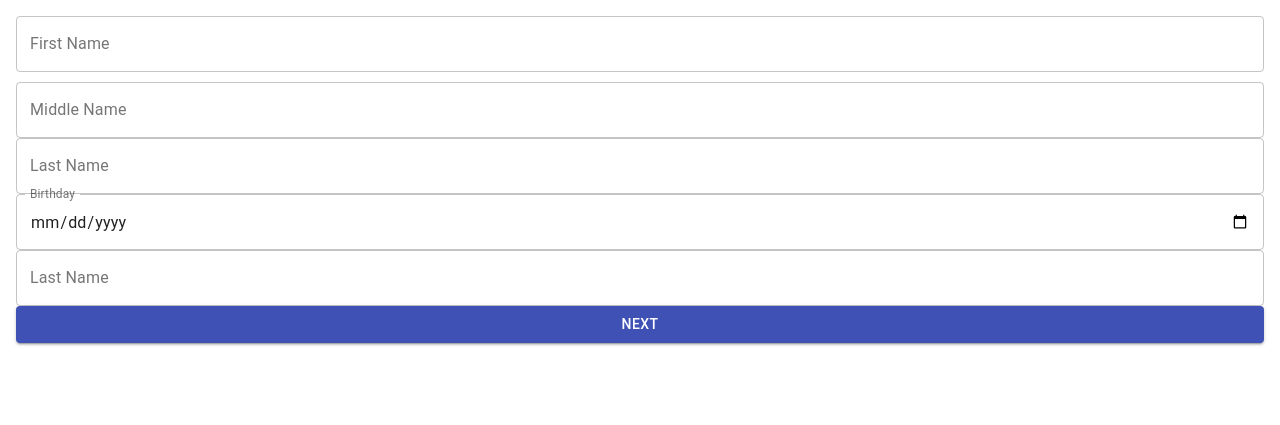
Repository: chathuraedirisingh/rr
Page: /
These files come from the project's save history. The page is drawn as it stood at one moment and after the next save; the edit follows.
The browser window is 1280 px wide. The pictures show the whole page.
The project was rebuilt for these pictures with package versions that can differ from the ones it lists, and the page was loaded fresh each time.

Above is the page before, as saved 2019-12-18 00:57:57.

After the next save:
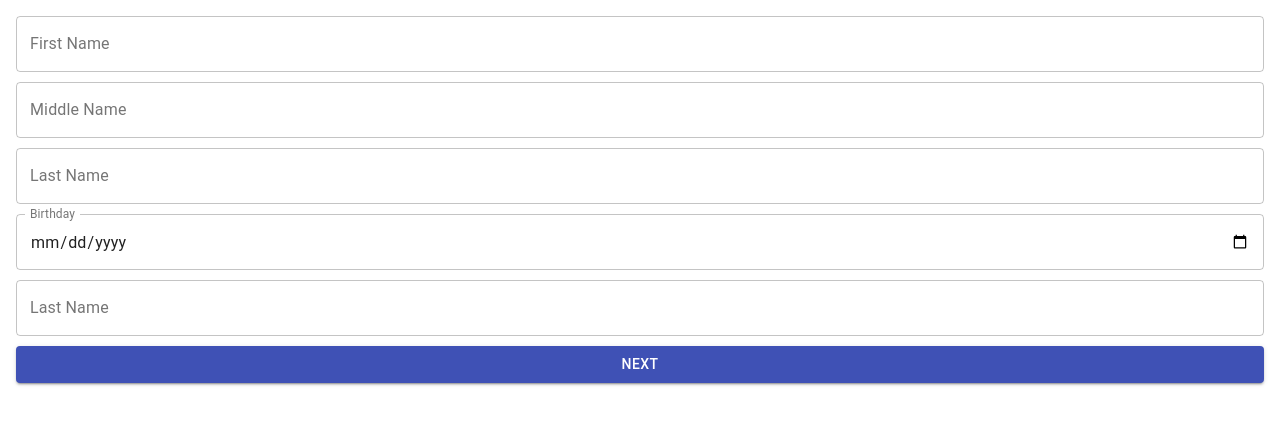
Saved 21 s later.
--- a/src/components/FormPersonalDetails.js
+++ b/src/components/FormPersonalDetails.js
@@ -25,19 +25,19 @@ export default class FormPersonalDetails extends Component {
                             onChange={handleChange('firstname')}
                             defaultValue={values.firstname} />
                         <TextField
-
+                            style={{marginBottom: 10}}
                             label="Middle Name"
                             variant="outlined"
                             onChange={handleChange('middlename')}
                             defaultValue={values.firstname} />
                         <TextField
-
+                            style={{marginBottom: 10}}
                             label="Last Name"
                             variant="outlined"
                             onChange={handleChange('lastname')}
                             defaultValue={values.firstname} />
                         <TextField
-
+                            style={{marginBottom: 10}}
                             id="date"
                             type="date"
                             label="Birthday"
@@ -49,14 +49,13 @@ export default class FormPersonalDetails extends Component {
                             }} />
 
                         <TextField
-
-                            // id="outlined-basic"
+                            style={{marginBottom: 10}}
                             label="Last Name"
                             variant="outlined"
                             onChange={handleChange('ssn')}
                             defaultValue={values.ssn} />
                         <Button
-
+                            style={{marginBottom: 10}}
                             variant="contained"
                             color="primary"
                             href="#contained-buttons"
